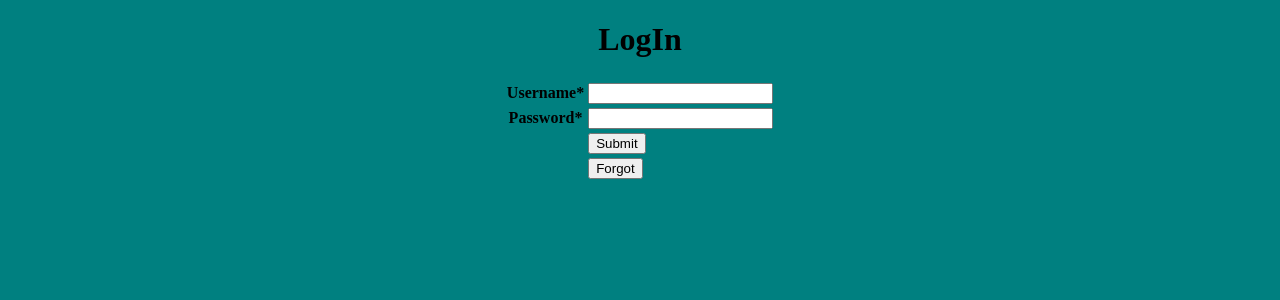
Repository: raviraj226/AdvanceJava
Page: http://localhost/Ravi_Maven/LoginWeb.jsp
These files come from the project's save history. The page is drawn as it stood at one moment and after the next save; the edit follows.
The browser window is 1280 px wide. The pictures show the whole page.
The page is served by Tomcat 9.

Above is the page before, as saved 2022-03-15 10:42:46.

After the next save:
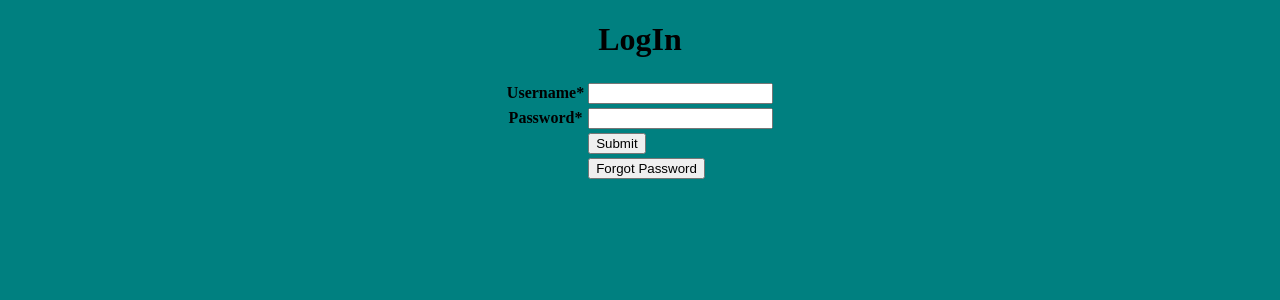
Saved 23 s later.
--- a/Advance Java/Ravi_Maven/src/main/webapp/LoginWeb.jsp
+++ b/Advance Java/Ravi_Maven/src/main/webapp/LoginWeb.jsp
@@ -32,7 +32,7 @@
 			</tr>
 			<tr>
 			<th></th>
-			<td><input type="submit" value=Forgot Password> </td>
+			<td><input type="submit" value="Forgot Password"> </td>
 			</tr>
 		</table>
 	</form>
